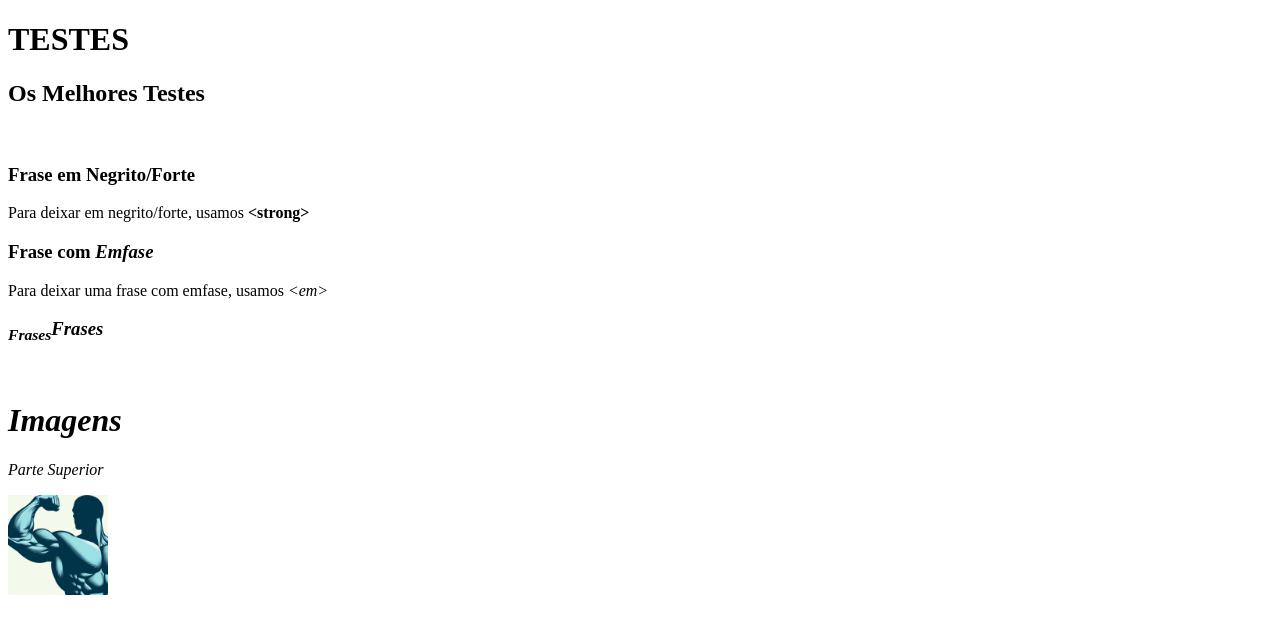
Repository: LuidyOn/Site_Forca_Total
Page: ForçaTotal/teste.html
These files come from the project's save history. The page is drawn as it stood at one moment and after the next save; the edit follows.
The browser window is 1280 px wide. The pictures show the whole page.

Above is the page before, as saved 2025-05-14 14:14:03.

### ForçaTotal/teste.html
<!DOCTYPE html>
<html lang="pt-br">
<head>
  <meta charset="UTF-8">
  <meta name="viewport" content="width=device-width, initial-scale=1.0">
  <link rel="shortcut icon" href="img/icons/logo.ico" type="image/x-icon">
  <title>Testes Força total</title>
</head>
<body>
<h1>TESTES</h1>
  <h2>Os Melhores Testes</h2>

  <p><br></p>

    <h3>Frase em <strong>Negrito/Forte</strong></h3>
    <p>Para deixar em negrito/forte, usamos <strong>&lt;strong&gt;</strong> </p>

    <h3>Frase com <em>Emfase</em> </h3>
    <p>Para deixar uma frase com emfase, usamos <em>&lt;em&gt;<em> </p>

    <h3><sub>Frases</sub>Frases </h3>

<p><br></p>

<h1>Imagens</h1>
  <p>Parte Superior</p>
<img src="img/parteSerior.png" alt="parte superior" style= "width: 100px; height: 100px;">
</body>
</html>

After the next save:
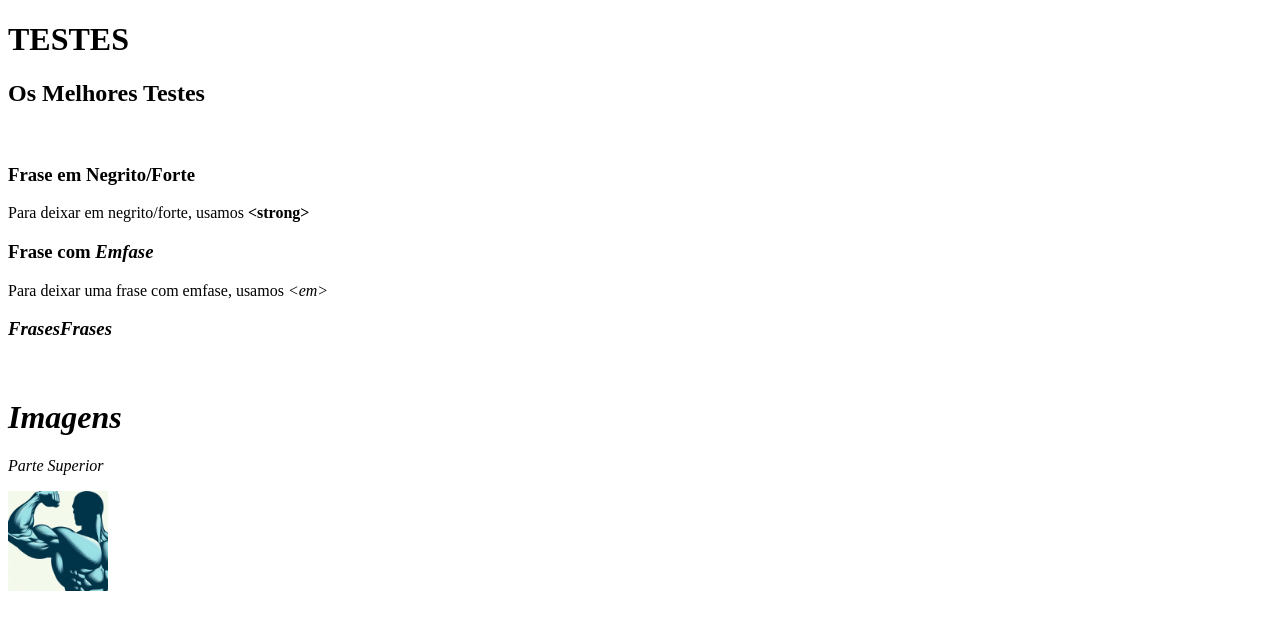
Saved 20 s later.
--- a/ForçaTotal/teste.html
+++ b/ForçaTotal/teste.html
@@ -18,7 +18,7 @@
     <h3>Frase com <em>Emfase</em> </h3>
     <p>Para deixar uma frase com emfase, usamos <em>&lt;em&gt;<em> </p>
 
-    <h3><sub>Frases</sub>Frases </h3>
+    <h3>Frases</sub>Frases </h3>
 
 <p><br></p>
 
